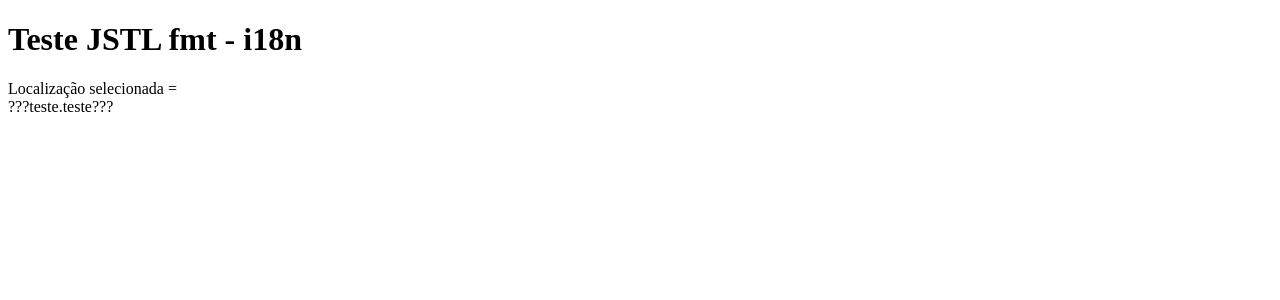
Repository: GabrielGGhost/EstudoJavaAW1-AW2
Page: http://localhost/estudos10/jsp/exemploI18N.jsp
These files come from the project's save history. The page is drawn as it stood at one moment and after the next save; the edit follows.
The browser window is 1280 px wide. The pictures show the whole page.
The page is served by Tomcat 9.

Above is the page before, as saved 2020-10-23 17:06:20.

After the next save:
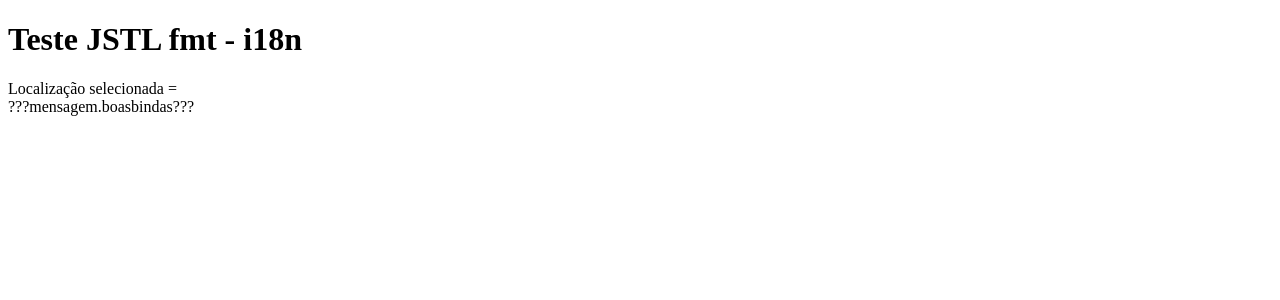
Saved 18 s later.
--- a/estudos10/WebContent/jsp/exemploI18N.jsp
+++ b/estudos10/WebContent/jsp/exemploI18N.jsp
@@ -12,8 +12,8 @@
 	<h1>Teste JSTL fmt - i18n</h1>
 	Localização selecionada = ${param.language} <br/>
 	<fmt:setLocale value="{param.language}"/>
-		<fmt:bundle basename="com.estudo.bundles.mensagens.teste">
-			<fmt:message key="teste.teste"> </fmt:message>
+		<fmt:bundle basename="com.estudo.bundles.mensagens">
+			<fmt:message key="mensagem.boasbindas"> </fmt:message>
 		</fmt:bundle>
 </body>
 </html>
